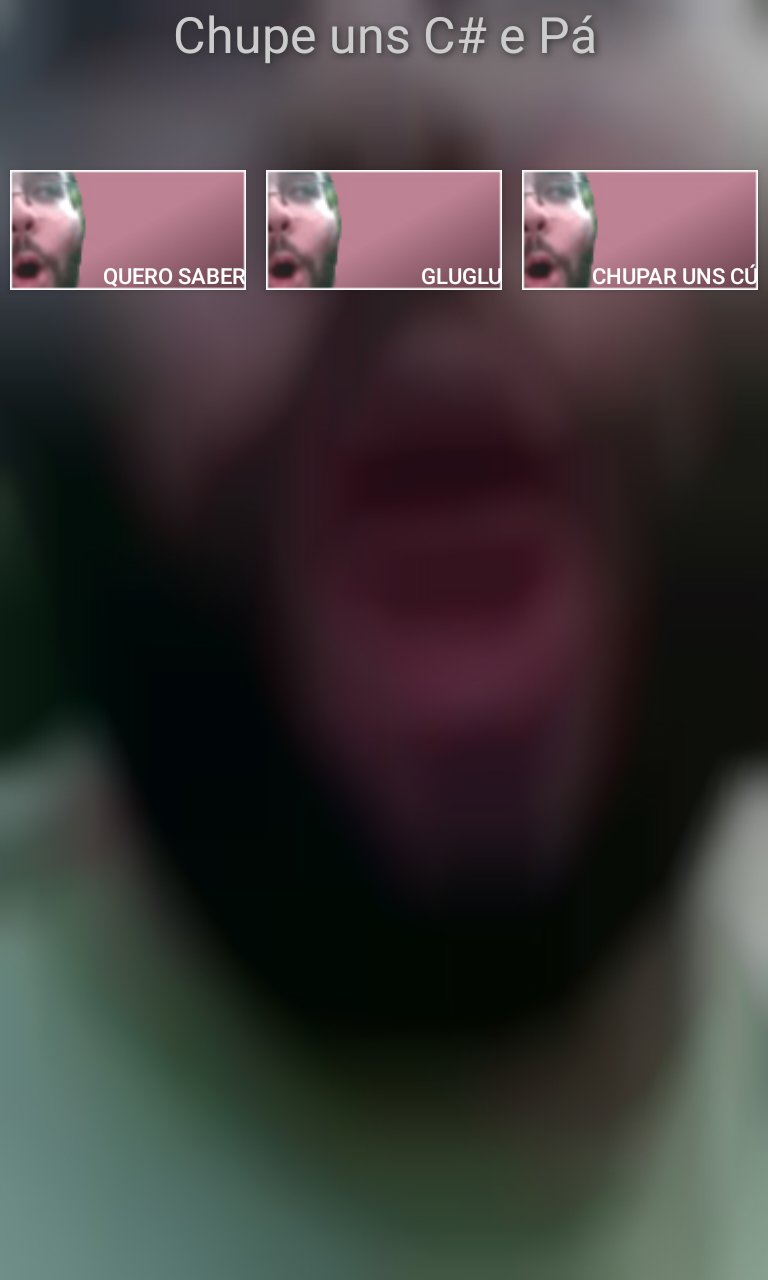
Repository: Cookahn/bioca_sounds
Layout: ChicoBiocaApp/res/layout/remix_activity.xml
These files come from the project's save history. The layout is drawn as it stood at one moment and after the next save; the edit follows.
It is drawn on a 768 x 1280 px phone screen (xhdpi) without system bars, with theme AppTheme; the app's code is not run.

Above is the layout before, as saved 2014-08-12 15:05:48.

### ChicoBiocaApp/res/layout/remix_activity.xml
<?xml version="1.0" encoding="utf-8"?>
<LinearLayout xmlns:android="http://schemas.android.com/apk/res/android"
    android:layout_width="match_parent"
    android:layout_height="match_parent"
    android:background="@drawable/backgroundtofuck"
    android:orientation="vertical" >

    <TextView
        android:id="@+id/text_bioca"
        android:layout_width="match_parent"
        android:layout_height="50dp"
        android:layout_marginBottom="30dp"
        android:gravity="center_horizontal"
        android:shadowColor="#333"
        android:shadowDx="2"
        android:shadowDy="2"
        android:shadowRadius="6"
        android:text="Chupe uns C# e Pá"
        android:textColor="#ccc"
        android:textSize="25sp" />

    <LinearLayout
        android:layout_width="match_parent"
        android:layout_height="wrap_content"
        android:orientation="horizontal"
        android:weightSum="3" >

        <Button
            android:id="@+id/i_want_to_know"
            android:layout_width="0dp"
            android:layout_height="wrap_content"
            android:layout_margin="5dp"
            android:layout_weight="1"
            android:background="@drawable/button_song"
            android:gravity="bottom|right"
            android:text="Quero saber"
            android:textColor="#fff"
            android:textSize="11sp" />

        <Button
            android:id="@+id/glu"
            android:layout_width="0dp"
            android:layout_height="wrap_content"
            android:layout_margin="5dp"
            android:layout_weight="1"
            android:background="@drawable/button_song"
            android:gravity="bottom|right"
            android:text="GluGlu"
            android:textColor="#fff"
            android:textSize="11sp" />

        <Button
            android:id="@+id/suck_ass"
            android:layout_width="0dp"
            android:layout_height="wrap_content"
            android:layout_margin="5dp"
            android:layout_weight="1"
            android:background="@drawable/button_song"
            android:gravity="bottom|right"
            android:text="Chupar uns Cú"
            android:textColor="#fff"
            android:textSize="11sp" />
    </LinearLayout>

</LinearLayout>

Loaded but not shown: ChicoBiocaApp/res/values/styles.xml (common file); ChicoBiocaApp/res/values-v11/styles.xml (common file); ChicoBiocaApp/res/values-v14/styles.xml (common file)

After the next save:
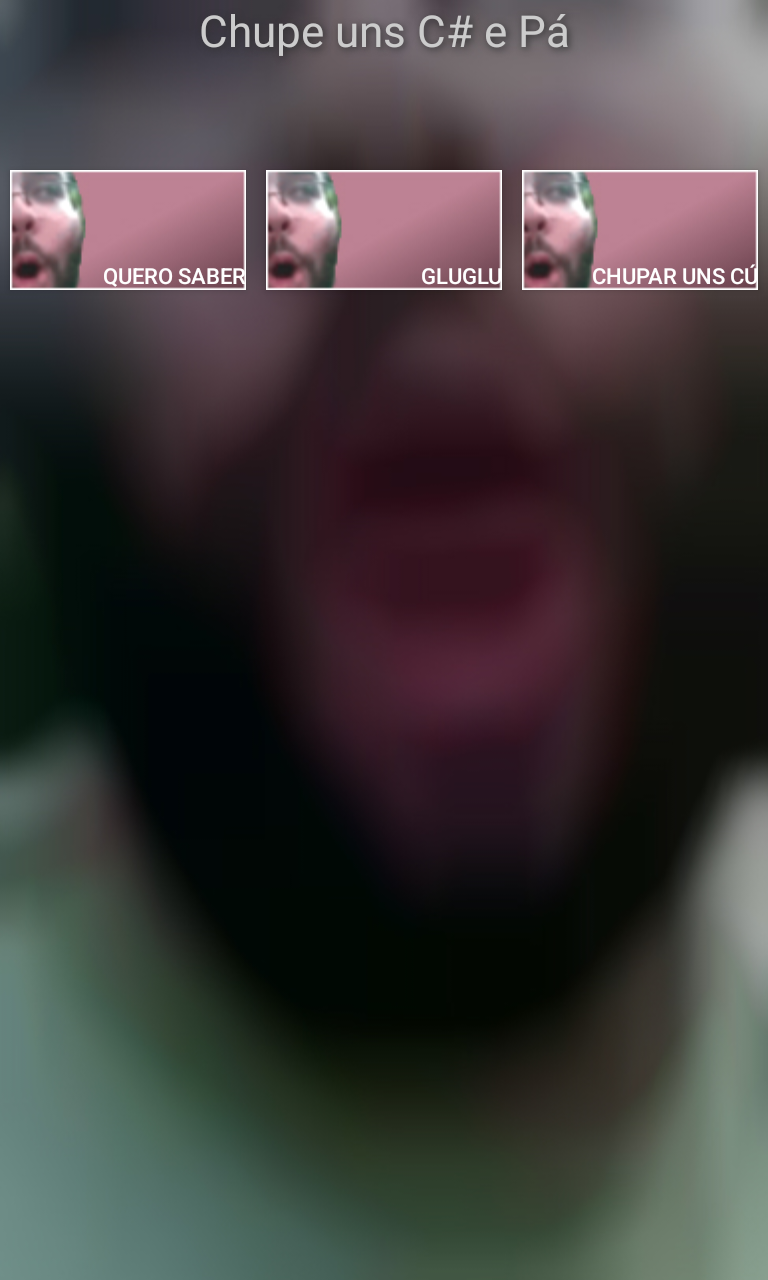
Saved 9 s later.
--- a/ChicoBiocaApp/res/layout/remix_activity.xml
+++ b/ChicoBiocaApp/res/layout/remix_activity.xml
@@ -17,7 +17,7 @@
         android:shadowRadius="6"
         android:text="Chupe uns C# e Pá"
         android:textColor="#ccc"
-        android:textSize="25sp" />
+        android:textSize="22sp" />
 
     <LinearLayout
         android:layout_width="match_parent"
